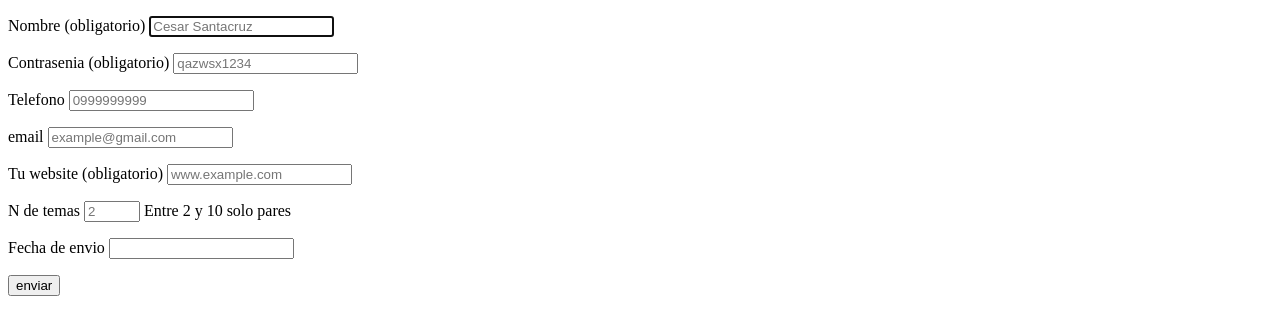
Repository: cesarsant0203/My_Study
Page: Introducción al desarrollo web/formulario.html
An editor plug-in stored every save of this project. The page is shown before and after a run of saves, followed by the edit.
The browser window is 1280 px wide. The pictures show the whole page.

Above is the page before, as saved 2020-04-27 19:37:20.

After the next 2 saves:
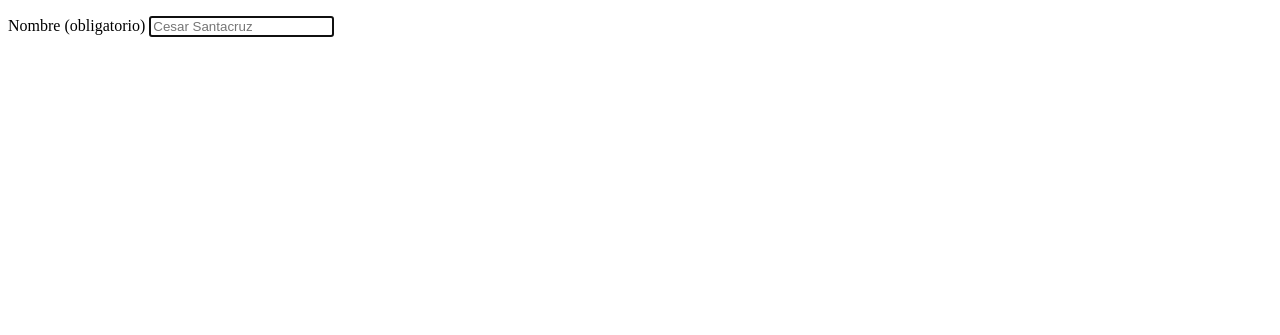
The 2 saves are shown as one change because they came seconds apart.
The last was saved 87 s later.
--- a/Introducción al desarrollo web/formulario.html
+++ b/Introducción al desarrollo web/formulario.html
@@ -19,7 +19,7 @@
             autocomplete
             required>
         </p>
-        <p>
+        <!--<p>
             <label for="passwd"> Contrasenia (obligatorio)</label>
             <input type="password" name="passwd" id="passwd"
             placeholder="qazwsx1234"
